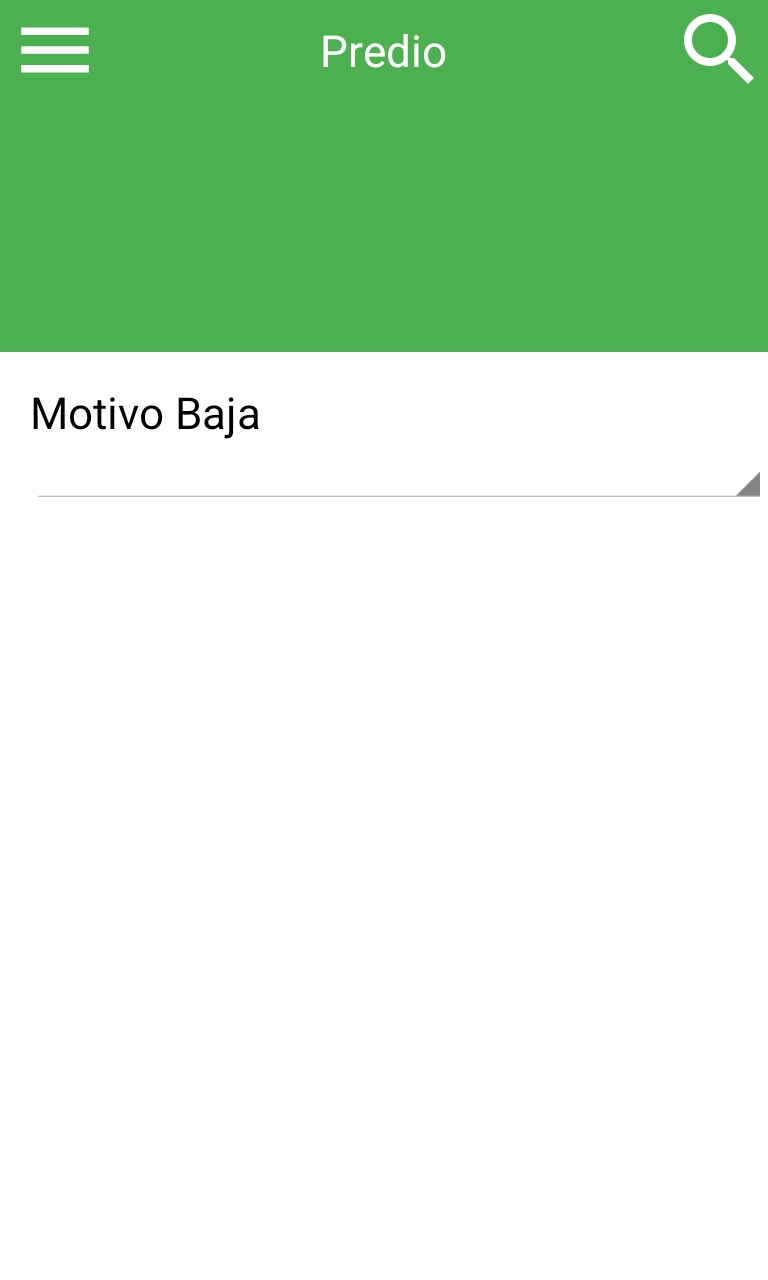
Repository: danielctf/Chilterra
Layout: Proyectos/Animales/res/layout/activity_baja_ganado.xml
The author's editor kept a copy of each file at every save. The layout is drawn from the files as they stood at one save, then again after the next save.
It is drawn on a 768 x 1280 px phone screen (xhdpi) without system bars, with theme AppTheme; the app's code is not run.

Above is the layout before, as saved 2015-10-09 14:44:25.

After the next save:
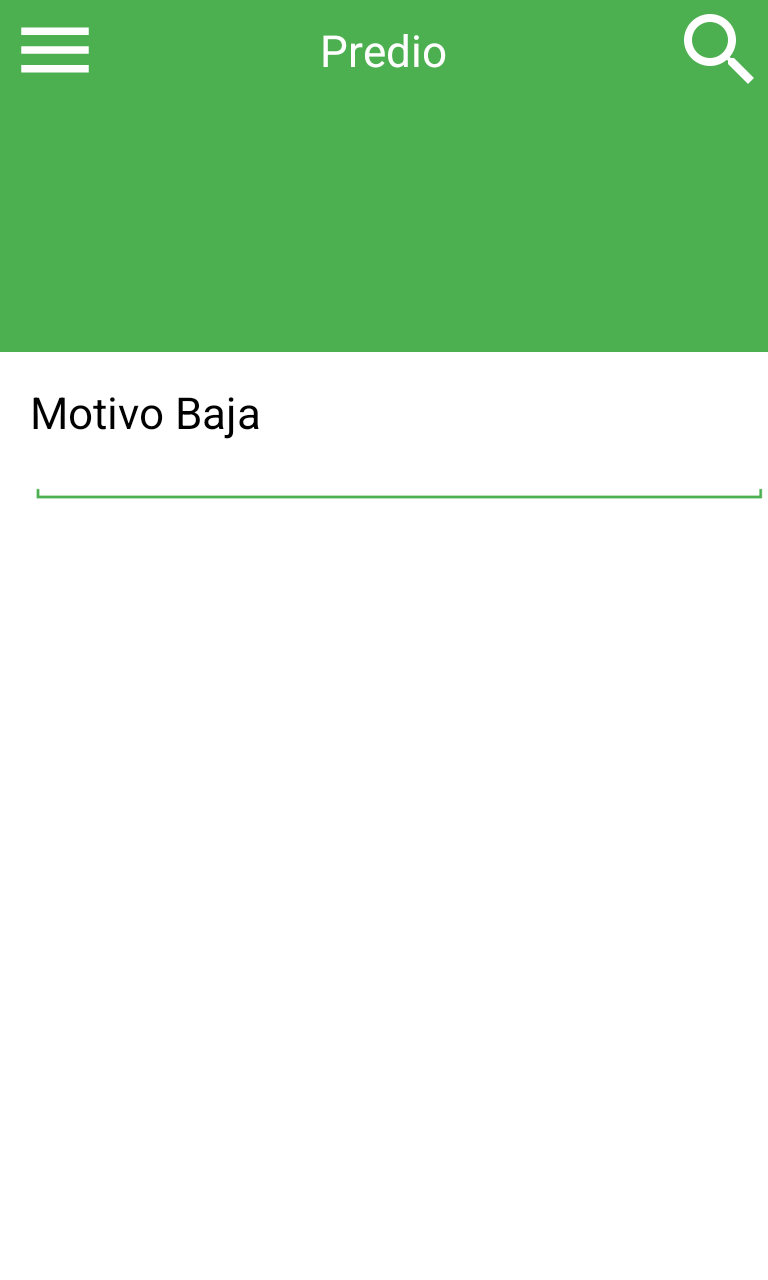
Saved 44 s later.
--- a/Proyectos/Animales/res/layout/activity_baja_ganado.xml
+++ b/Proyectos/Animales/res/layout/activity_baja_ganado.xml
@@ -78,6 +78,7 @@
             android:layout_width="400dp"
             android:layout_height="wrap_content"
             android:layout_alignLeft="@+id/textView1"
+            android:background="@drawable/apptheme_textfield_activated_holo_light"
             android:layout_below="@+id/textView1" />
 
     </RelativeLayout>
